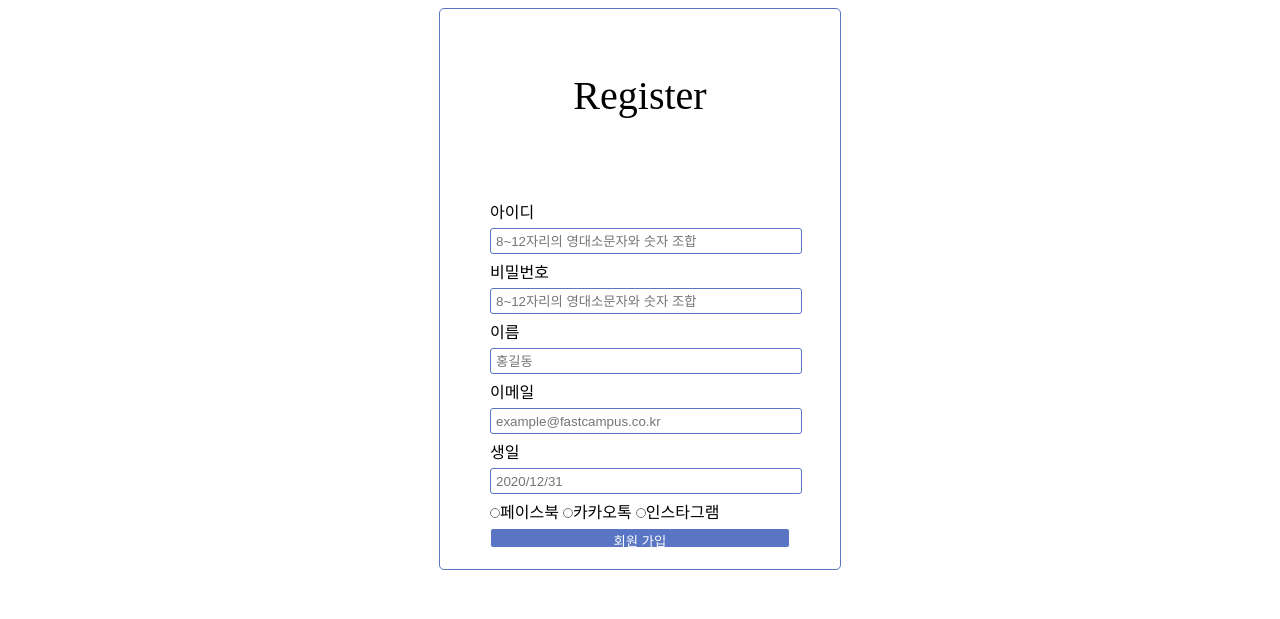
Repository: ksj2001/SpringBasic2024
Page: http://localhost/MVC_join/
An editor plug-in stored every save of this project. The page is shown before and after the next save, followed by the edit.
The browser window is 1280 px wide. The pictures show the whole page.
The page is served by Tomcat 9. Other server files are loaded and not shown.

Above is the page before, as saved 2024-07-02 15:25:11.

### MVC_join/src/main/webapp/WEB-INF/views/index.jsp
<%@ page language="java" contentType="text/html; charset=UTF-8"
    pageEncoding="UTF-8"%>
<!DOCTYPE html>
<html>
<head>
<meta charset="UTF-8">
<title>Insert title here</title>
<style type="text/css">
	body{
		display: flex;
		justify-content: center;
		align-items: center;
	}
	.registerBox{
		width: 300px;
		height: 500px;
		border: 1px solid #5975C4;
		padding: 30px 50px;
		border-radius: 5px;
	}
	.registerBox h2{
		font-size: 40px;
		font-weight: 500;
		text-align: center;
		margin-bottom: 80px;
	}
	input{
		width: 100%;
		height: 20px;
		margin: 5px 0;
		padding: 2px 5px;
		border: 1px solid #5975C4;
		border-radius: 3px;
	}
	input[type=radio]{
		width:10px;
		height:10px;
	}
	input[type=submit]{
		border-color: white;
		color: white;
		background-color: #5975C4;
	}
</style>
</head>
<body>
	<div class="registerBox">
		<h2>Register</h2>
		<form action="member/register" method="post">
			<label>아이디</label><br>
			<input type="text" placeholder="8~12자리의 영대소문자와 숫자 조합"><br>
			<label>비밀번호</label><br>
			<input type="password" placeholder="8~12자리의 영대소문자와 숫자 조합"><br>
			<label>이름</label><br>
			<input type="text" placeholder="홍길동"><br>
			<label>이메일</label><br>
			<input type="text" placeholder="example@fastcampus.co.kr"><br>
			<label>생일</label><br>
			<input type="text" placeholder="2020/12/31"><br>
			<div class="selectSns">
				<input type="radio" name="sns" value="facebook">페이스북
				<input type="radio" name="sns" value="kakaotalk">카카오톡
				<input type="radio" name="sns" value="instagram">인스타그램
			</div>
			<input type="submit" value="회원 가입">
		</form>
	</div>
</body>
</html>

After the next save:
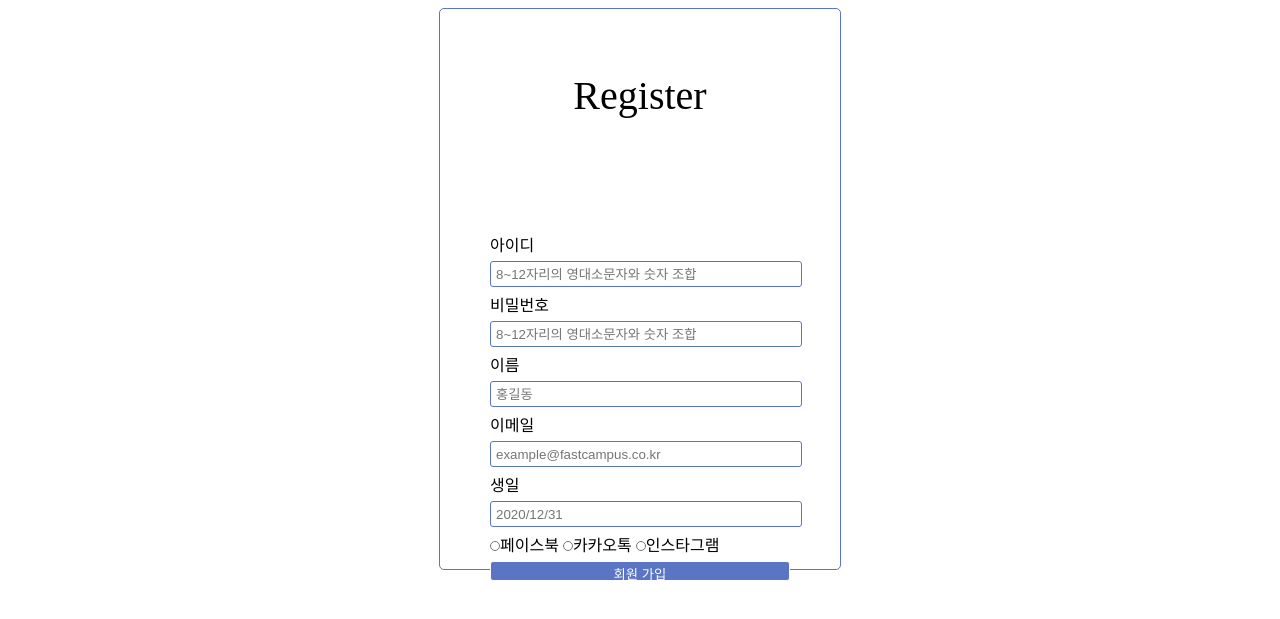
Saved 17 s later.
--- a/MVC_join/src/main/webapp/WEB-INF/views/index.jsp
+++ b/MVC_join/src/main/webapp/WEB-INF/views/index.jsp
@@ -22,7 +22,7 @@
 		font-size: 40px;
 		font-weight: 500;
 		text-align: center;
-		margin-bottom: 80px;
+		padding-bottom: 80px;
 	}
 	input{
 		width: 100%;
